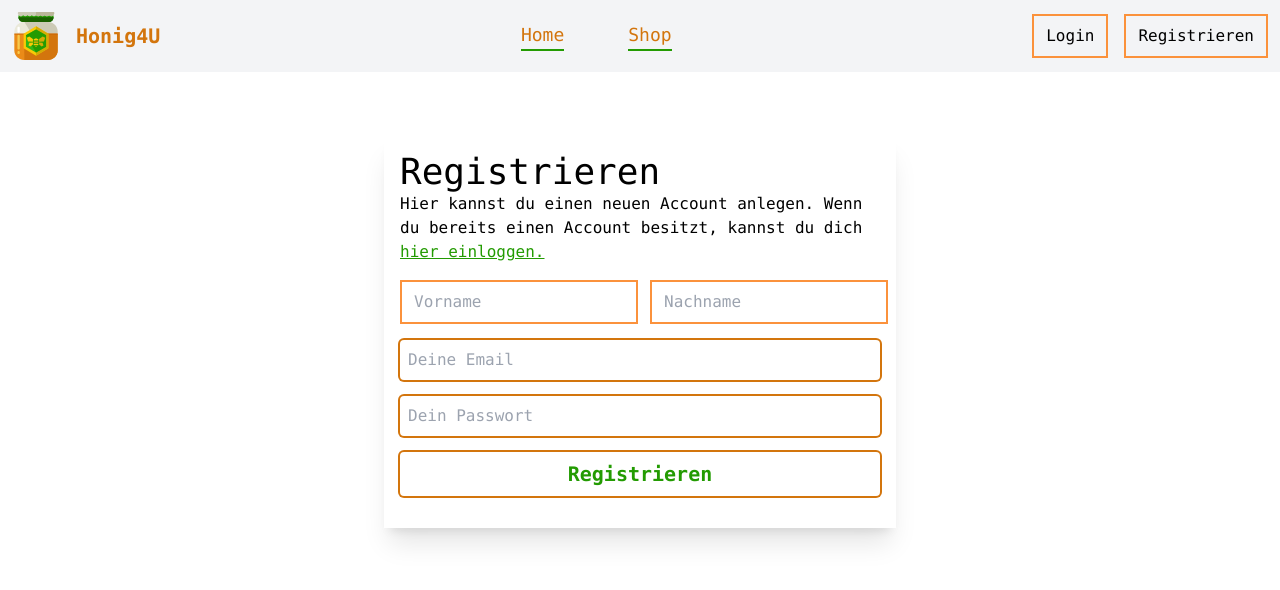
Repository: cainytheslave/PHPHonigShop
Page: http://localhost/registrierung.php
These files come from the project's save history. The page is drawn as it stood at one moment and after the next save; the edit follows.
The browser window is 1280 px wide. The pictures show the whole page.
The page is run by PHP 8.4 with error messages shown; the project is at /var/www/html/. Style sheets and scripts are compiled from the project's sources, by tool versions that may differ from the author's.

Above is the page before, as saved 2022-03-11 01:47:31.

After the next save:
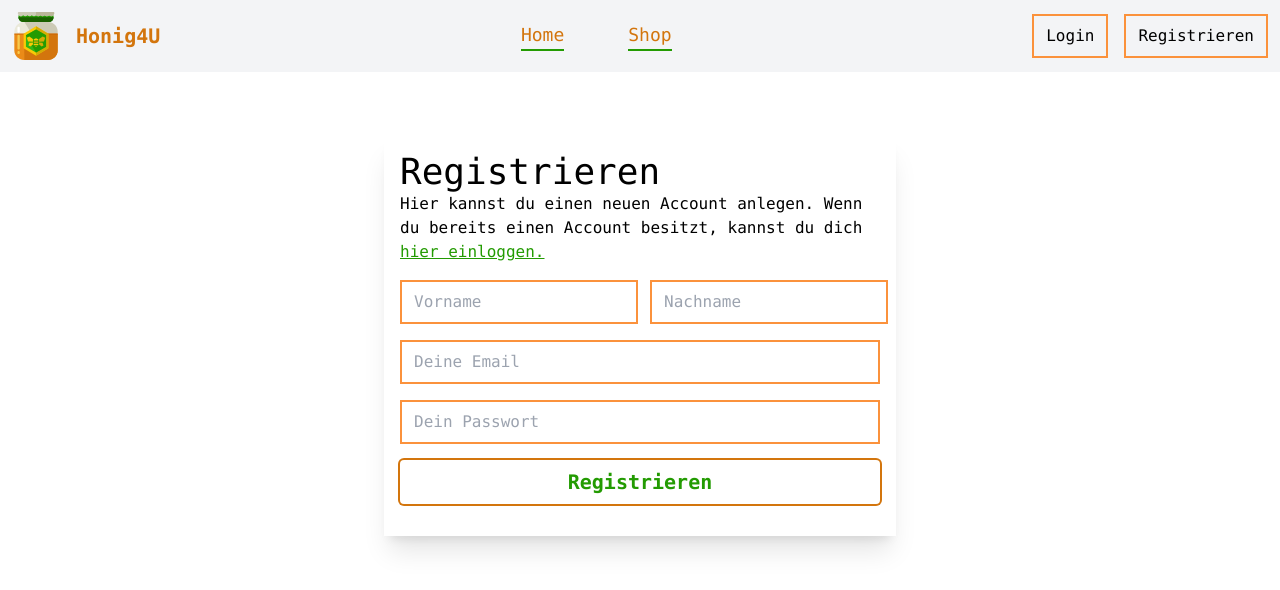
Saved 58 s later.
--- a/registrierung.php
+++ b/registrierung.php
@@ -83,8 +83,8 @@ if (isset($_POST['register'])) {
                     <?= Komponente::input('text', 'Vorname', 'vorname') ?>
                     <?= Komponente::input('text', 'Nachname', 'nachname') ?>
                 </div>
-                <input class="px-2 py-2 rounded ring-2 ring-honey" type="email" required name="email" placeholder="Deine Email">
-                <input class="px-2 py-2 rounded ring-2 ring-honey" type="password" required name="password" placeholder="Dein Passwort">
+                <?= Komponente::input('email', 'Deine Email', 'email') ?>
+                <?= Komponente::input('password', 'Dein Passwort', 'password') ?>
                 <input type="submit" class="px-2 py-2 text-xl font-semibold rounded ring-2 text-honeygreen ring-honey" name="register" value="Registrieren">
             </form>
         </section>
